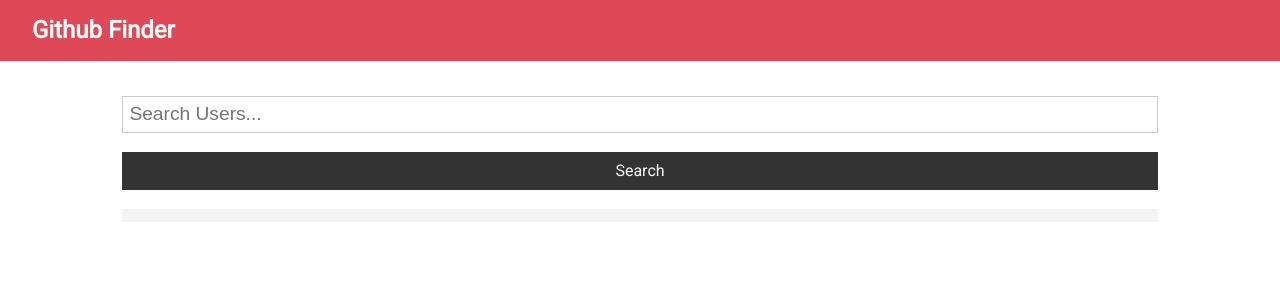
Repository: lamilekan263/githu_finder
Page: /
These files come from the project's save history. The page is drawn as it stood at one moment and after a run of saves; the edit follows.
The browser window is 1280 px wide. The pictures show the whole page.
The project was rebuilt for these pictures with package versions that can differ from the ones it lists, and the page was loaded fresh each time. Also part of the build but not shown: src/component/spinner.jsx, src/component/UserProfile/Userprofile.jsx.

Above is the page before, as saved 2020-07-22 14:06:55.

### public/index.html
<!DOCTYPE html>
<html lang="en">
  <head>

    <meta name="viewport" content="width=device-width, initial-scale=1" />
    <meta name="theme-color" content="#000000" />
    <meta
      name="description"
      content="Web site created using create-react-app"
    />

    <!--
      manifest.json provides metadata used when your web app is installed on a
      user's mobile device or desktop. See https://developers.google.com/web/fundamentals/web-app-manifest/
    -->

    <!--
      Notice the use of %PUBLIC_URL% in the tags above.
      It will be replaced with the URL of the `public` folder during the build.
      Only files inside the `public` folder can be referenced from the HTML.

      Unlike "/favicon.ico" or "favicon.ico", "%PUBLIC_URL%/favicon.ico" will
      work correctly both with client-side routing and a non-root public URL.
      Learn how to configure a non-root public URL by running `npm run build`.
    -->
    <title>React App</title>
  </head>
  <body>
    <noscript>You need to enable JavaScript to run this app.</noscript>
    <div id="root"></div>
    <!--
      This HTML file is a template.
      If you open it directly in the browser, you will see an empty page.

      You can add webfonts, meta tags, or analytics to this file.
      The build step will place the bundled scripts into the <body> tag.

      To begin the development, run `npm start` or `yarn start`.
      To create a production bundle, use `npm run build` or `yarn build`.
    -->
  </body>
</html>

### src/App.js
import React, { Component } from 'react';
import axios from 'axios'
import Navbar from './component/layout/Navbar/Navbar.Component';
import Users from './component/UserProfile/Users'
import Search from './component/UserProfile/Search'
import './App.css';

class App extends Component {
  constructor(){
    super();
    this.state ={
      users : [],
      loading : false
    }
  }

  // async componentDidMount(){
  //   this.setState({loading : true})
  //   const res = await axios.get(`https://api.github.com/users?client_id=${process.env.REACT_APP_GITHUB_CLIENT_ID}&${process.env.REACT_APP_GITHUB_CLIENT_SECRET}`)
  //   this.setState({users : res.data, loading : false},)
  // }


  // search Github users
  searchUsers = async text =>{
    this.setState({loading : true})
    const res = await axios.get(`https://api.github.com/search/users?q=${text}&client_id=${process.env.REACT_APP_GITHUB_CLIENT_ID}&${process.env.REACT_APP_GITHUB_CLIENT_SECRET}`)
    this.setState({users : res.data.items, loading : false},)
  }
  render(){
  return (
    <div className="App">
      <Navbar/>
      <div className="container">
        <Search searchUsers = {this.searchUsers} />
        <Users loading={this.state.loading} users = {this.state.users}/>
      </div>

    </div>
  )
  }
}

export default App;

### src/component/layout/Navbar/Navbar.Component.jsx
import React from 'react';
import PropTypes from 'prop-types'

const Navbar = ({icon, title}) => {
        return(
            <nav className="navbar bg-primary">
            <h1>
                <i className={icon}/>{title}
            </h1>
        </nav>
        )
}

Navbar.defaultProps ={
    title : "Github Finder",
    icon : "fab fa-github"
};
Navbar.propTypes = {
    title : PropTypes.string.isRequired,
    icon : PropTypes.string.isRequired
}


export default Navbar;

### src/component/UserProfile/Users.jsx
import React  from 'react'
import Spinner from '../spinner.jsx'
import UserProfile from './Userprofile'
import PropTypes from 'prop-types'
const Users= ({users, loading}) => (
    <div>{
        loading ? <Spinner/> :

                <div style={userStyle}>
                    {
                    users.map(user =>(
                            <UserProfile  key={user.id} user={user}/>
                        ))
                    }
                </div>
        }
    </div>
)
const userStyle = {
    display : 'grid',
    gridTemplateColums : 'repeat(3, 1fr)',
    gridGap :'1rem'
}

Users.proptype ={
    Users : PropTypes.array.isRequired,
    loading : PropTypes.bool.isRequired
}
export default Users

### src/component/UserProfile/Search.jsx
import React, { Component } from 'react'
import PropTypes from 'prop-types'

 class Search extends Component {

         static propTypes={
            searchUsers : PropTypes.func.isRequired,
         };
         state ={
             text : ""

         }

     onChange  =(e) =>{
        this.setState({text: e.target.value})
     }
     onSubmit = (e) =>{
        e.preventDefault();
        this.props.searchUsers(this.state.text)
        this.setState({text : ''})
     }
    render() {
        return (
            <div>
                <form className="form" onSubmit= {this.onSubmit}>
                    <input type="text" name="text" placeholder="Search Users..." onChange={this.onChange} value={this.state.text}/>
                    <input type="submit" value="Search" className="btn btn-dark btn-block"/>
                </form>
                <button className="btn btn-light btn-block"></button>
            </div>
        )
    }
}



export default Search

Loaded but not shown: src/index.js (common file); src/index.css (common file); src/App.css (common file)

After the next 2 saves:
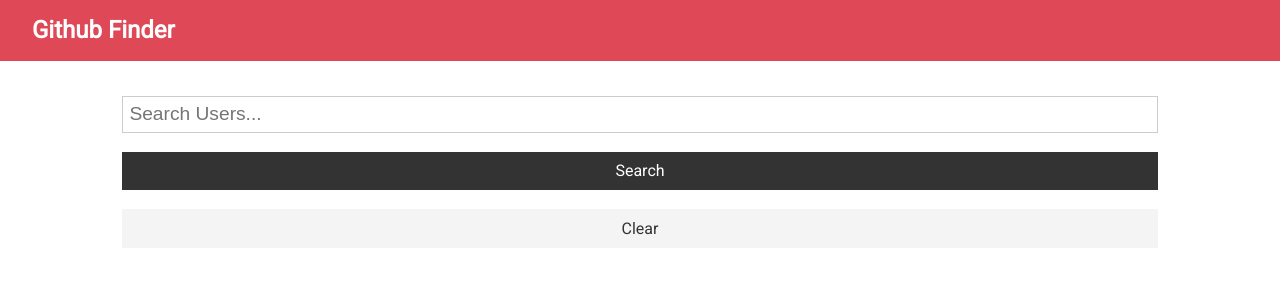
The 2 saves are shown as one change because they came seconds apart.
The last was saved 34 s later.
--- a/src/component/UserProfile/Search.jsx
+++ b/src/component/UserProfile/Search.jsx
@@ -26,7 +26,7 @@
                     <input type="text" name="text" placeholder="Search Users..." onChange={this.onChange} value={this.state.text}/>
                     <input type="submit" value="Search" className="btn btn-dark btn-block"/>
                 </form>
-                <button className="btn btn-light btn-block"></button>
+                <button className="btn btn-light btn-block" >Clear</button>
             </div>
         )
     }
